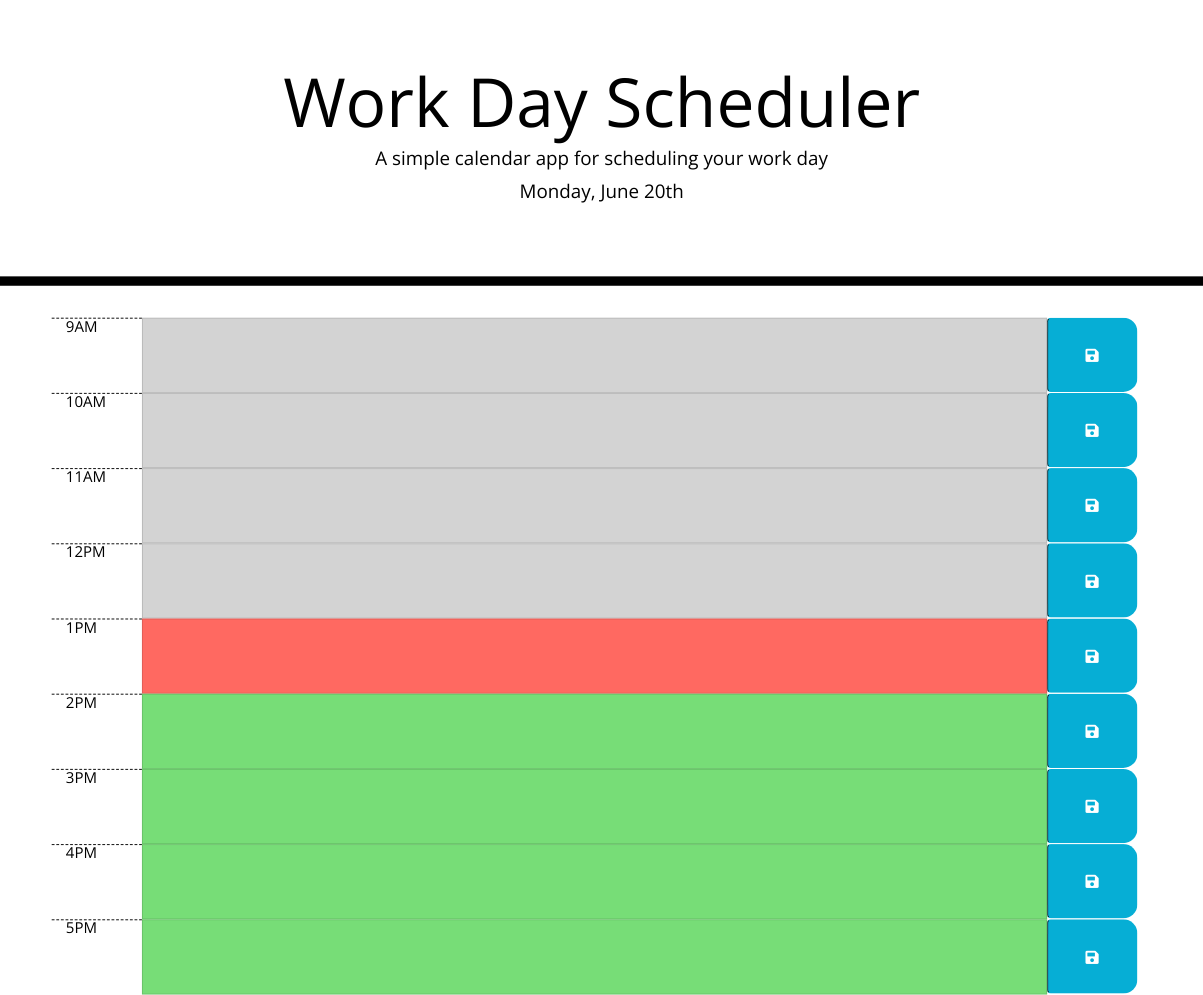
Repository: dtierney21/work-day-scheduler
Page: index.html
The author's editor kept a copy of each file at every save. The page is drawn from the files as they stood at one save, then again after the next save.
The browser window is 1280 px wide. The pictures show the whole page, at 94% of full size.
Some web libraries are served in a nearby version.

Above is the page before, as saved 2022-06-28 15:23:57.

### index.html
<!DOCTYPE html>
<html lang="en">
  <head>
    <meta charset="UTF-8" />
    <meta name="viewport" content="width=device-width, initial-scale=1.0" />
    <meta http-equiv="X-UA-Compatible" content="ie=edge" />
    <link
      rel="stylesheet"
      href="https://stackpath.bootstrapcdn.com/bootstrap/4.3.1/css/bootstrap.min.css"
    />
    <link
      rel="stylesheet"
      href="https://use.fontawesome.com/releases/v5.8.1/css/all.css"
      integrity="sha384-50oBUHEmvpQ+1lW4y57PTFmhCaXp0ML5d60M1M7uH2+nqUivzIebhndOJK28anvf"
      crossorigin="anonymous"
    />
    <link
      href="https://fonts.googleapis.com/css?family=Open+Sans&display=swap"
      rel="stylesheet"
    />
    <link rel="stylesheet" href="./assets/css/style.css" />
    <title>Work Day Scheduler</title>
  </head>

  <body>
    <header class="jumbotron">
      <h1 class="display-3">Work Day Scheduler</h1>
      <p class="lead">A simple calendar app for scheduling your work day</p>
      <p id="currentDay" class="lead"></p>
    </header>
    <section class="container">
        <div class="row">
      <!-- Timeblocks go here -->
            <ul class="list-group col-12">
                <div class="row">
                    <li class="hour col-1">9AM</li>
                    <input class="list-group-item description col-10" data-hour="9"type='text'>
                    <button class="btn saveBtn col-1" type="submit"><i class="fa fa-save"></i></button>
                </div>
                <div class="row">
                    <li class="hour col-1">10AM</li>
                    <li class="list-group-item description col-10" data-hour="10"></li>
                    <button class="btn saveBtn col-1" type="submit"><i class="fa fa-save"></i></button>
                </div>
                <div class="row">
                    <li class="hour col-1">11AM</li>
                    <li class="list-group-item description col-10" data-hour="11"></li>
                    <button class="btn saveBtn col-1" type="submit"><i class="fa fa-save"></i></button>
                </div>
                <div class="row">
                    <li class="hour col-1">12PM</li>
                    <li class="list-group-item description col-10" data-hour="12"></li>
                    <button class="btn saveBtn col-1" type="submit"><i class="fa fa-save"></i></button>
                </div>
                <div class="row">
                    <li class="hour col-1">1PM</li>
                    <li class="list-group-item description col-10" data-hour="13"></li>
                    <button class="btn saveBtn col-1" type="submit"><i class="fa fa-save"></i></button>
                </div>
                <div class="row">
                    <li class="hour col-1">2PM</li>
                    <li class="list-group-item description col-10" data-hour="14"></li>
                    <button class="btn saveBtn col-1" type="submit"><i class="fa fa-save"></i></button>
                </div>
                <div class="row">
                    <li class="hour col-1">3PM</li>
                    <li class="list-group-item description col-10" data-hour="15"></li>
                    <button class="btn saveBtn col-1" type="submit"><i class="fa fa-save"></i></button>
                </div>
                <div class="row">
                    <li class="hour col-1">4PM</li>
                    <li class="list-group-item description col-10" data-hour="16"></li>
                    <button class="btn saveBtn col-1" type="submit"><i class="fa fa-save"></i></button>
                </div>
                <div class="row">
                    <li class="hour col-1">5PM</li>
                    <li class="list-group-item description col-10" data-hour="17"></li>
                    <button class="btn saveBtn col-1" type="submit"><i class="fa fa-save"></i></button>
                </div>
            </ul>
        </div>
    </section>

    <script src="https://cdnjs.cloudflare.com/ajax/libs/jquery/3.5.1/jquery.min.js"></script>
    <script src="https://cdnjs.cloudflare.com/ajax/libs/moment.js/2.24.0/moment.min.js"></script>
    <script src="./assets/js/script.js"></script>
  </body>
</html>

### assets/css/style.css
body {
  font-family: 'Open Sans', sans-serif;
  font-size: 16px;
  line-height: 1;
}

textarea {
  background: transparent;
  border: none;
  resize: none;
  color: #000000;
  border-left: 1px solid black;
  padding: 10px;
}

.jumbotron {
  text-align: center;
  background-color: transparent;
  color: black;
  border-radius: 0;
  border-bottom: 10px solid black;
}

.description {
  white-space: pre-wrap;
}

.time-block {
  text-align: center;
  border-radius: 15px;
}

.row {
  white-space: pre-wrap;
  height: 80px;
  border-top: 1px solid white;
}

.hour {
  background-color: #ffffff;
  color: #000000;
  border-top: 1px dashed #000000;
  list-style-type: none;
  /*
  text-align: center;
  justify-content: center;
  */
}

.past {
  background-color: #d3d3d3;
  color: white;
}

.present {
  background-color: #ff6961;
  color: white;
}

.future {
  background-color: #77dd77;
  color: white;
}

.saveBtn {
  border-left: 1px solid black;
  border-top-right-radius: 15px;
  border-bottom-right-radius: 15px;
  background-color: #06aed5;
  color: white;
}

.saveBtn i:hover {
  font-size: 20px;
  transition: all 0.3s ease-in-out;
}

### assets/js/script.js
var now = moment();
console.log(now);

var currentHour = moment().format('H');
console.log(currentHour);

var currentDayEl = $('#currentDay');
var today = moment().format('dddd, MMMM Do');

currentDayEl.text(today);

var descriptions = localStorage.getItem("descriptions")



$('.description').each(function() {
    if ($(this).data('hour') == currentHour) {
        $(this).addClass('present');
    } else if($(this).data('hour') > currentHour){
        $(this).addClass('future');
    } else {
        $(this).addClass('past');
    }
})

$('.saveBtn').on('click', function() {
    localStorage.setItem('descriptions', 'test');
})

After the next save:
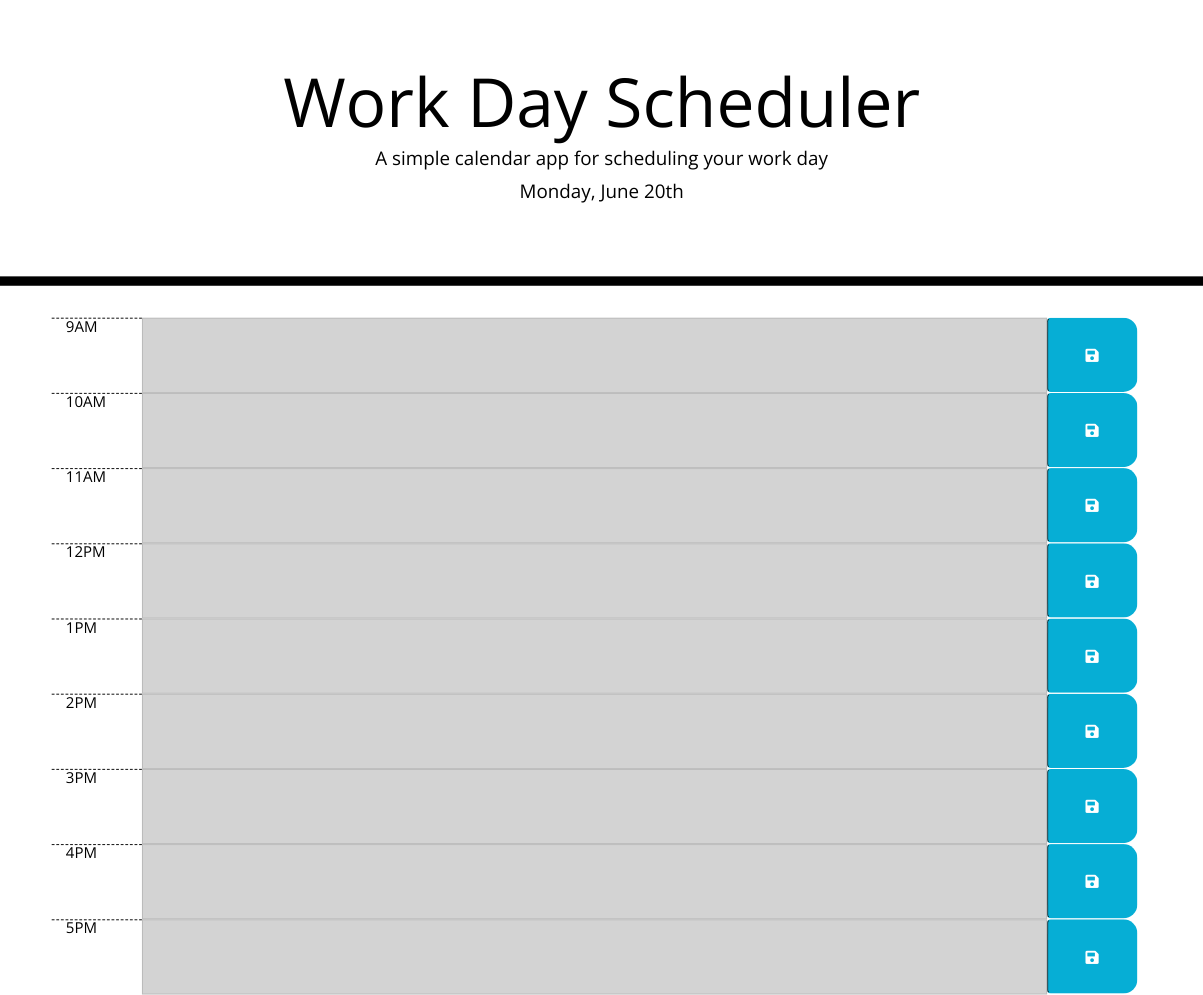
Saved 2 min 14 s later.
--- a/index.html
+++ b/index.html
@@ -33,48 +33,48 @@
       <!-- Timeblocks go here -->
             <ul class="list-group col-12">
                 <div class="row">
-                    <li class="hour col-1">9AM</li>
+                    <p class="hour col-1">9AM</p>
                     <input class="list-group-item description col-10" data-hour="9"type='text'>
                     <button class="btn saveBtn col-1" type="submit"><i class="fa fa-save"></i></button>
                 </div>
                 <div class="row">
-                    <li class="hour col-1">10AM</li>
-                    <li class="list-group-item description col-10" data-hour="10"></li>
+                    <p class="hour col-1">10AM</p>
+                    <input class="list-group-item description col-10" data-hour="9"type='text'>
                     <button class="btn saveBtn col-1" type="submit"><i class="fa fa-save"></i></button>
                 </div>
                 <div class="row">
-                    <li class="hour col-1">11AM</li>
-                    <li class="list-group-item description col-10" data-hour="11"></li>
+                    <p class="hour col-1">11AM</p>
+                    <input class="list-group-item description col-10" data-hour="9"type='text'>
                     <button class="btn saveBtn col-1" type="submit"><i class="fa fa-save"></i></button>
                 </div>
                 <div class="row">
-                    <li class="hour col-1">12PM</li>
-                    <li class="list-group-item description col-10" data-hour="12"></li>
+                    <p class="hour col-1">12PM</p>
+                    <input class="list-group-item description col-10" data-hour="9"type='text'>
                     <button class="btn saveBtn col-1" type="submit"><i class="fa fa-save"></i></button>
                 </div>
                 <div class="row">
-                    <li class="hour col-1">1PM</li>
-                    <li class="list-group-item description col-10" data-hour="13"></li>
+                    <p class="hour col-1">1PM</p>
+                    <input class="list-group-item description col-10" data-hour="9"type='text'>
                     <button class="btn saveBtn col-1" type="submit"><i class="fa fa-save"></i></button>
                 </div>
                 <div class="row">
-                    <li class="hour col-1">2PM</li>
-                    <li class="list-group-item description col-10" data-hour="14"></li>
+                    <p class="hour col-1">2PM</p>
+                    <input class="list-group-item description col-10" data-hour="9"type='text'>
                     <button class="btn saveBtn col-1" type="submit"><i class="fa fa-save"></i></button>
                 </div>
                 <div class="row">
-                    <li class="hour col-1">3PM</li>
-                    <li class="list-group-item description col-10" data-hour="15"></li>
+                    <p class="hour col-1">3PM</p>
+                    <input class="list-group-item description col-10" data-hour="9"type='text'>
                     <button class="btn saveBtn col-1" type="submit"><i class="fa fa-save"></i></button>
                 </div>
                 <div class="row">
-                    <li class="hour col-1">4PM</li>
-                    <li class="list-group-item description col-10" data-hour="16"></li>
+                    <p class="hour col-1">4PM</p>
+                    <input class="list-group-item description col-10" data-hour="9"type='text'>
                     <button class="btn saveBtn col-1" type="submit"><i class="fa fa-save"></i></button>
                 </div>
                 <div class="row">
-                    <li class="hour col-1">5PM</li>
-                    <li class="list-group-item description col-10" data-hour="17"></li>
+                    <p class="hour col-1">5PM</p>
+                    <input class="list-group-item description col-10" data-hour="9"type='text'>
                     <button class="btn saveBtn col-1" type="submit"><i class="fa fa-save"></i></button>
                 </div>
             </ul>

After the 2 saves that followed:
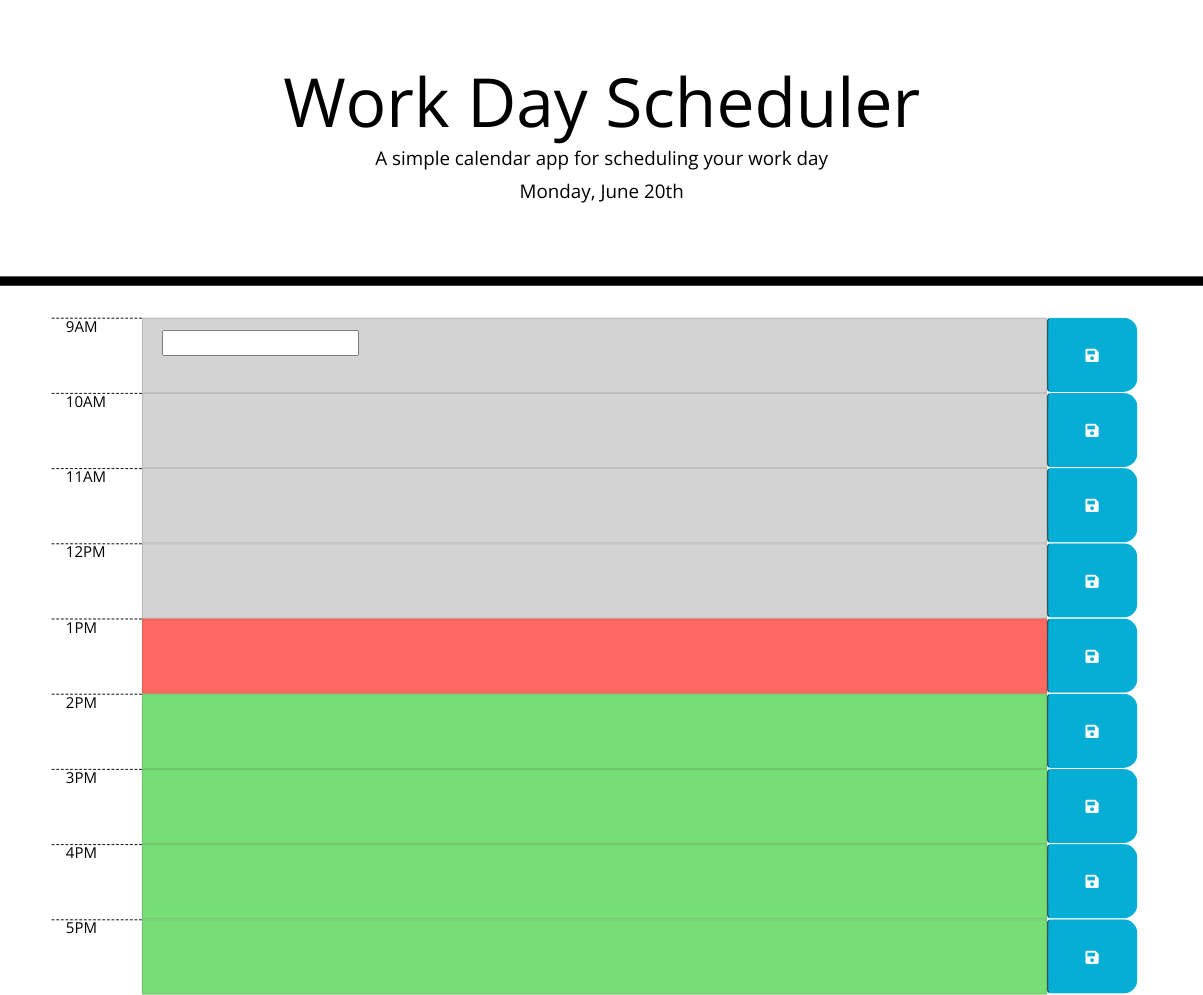
The 2 saves are shown as one change because 1 left the picture as it was.
The last was saved 61 s later.
--- a/index.html
+++ b/index.html
@@ -33,48 +33,48 @@
       <!-- Timeblocks go here -->
             <ul class="list-group col-12">
                 <div class="row">
-                    <p class="hour col-1">9AM</p>
-                    <input class="list-group-item description col-10" data-hour="9"type='text'>
+                    <li class="hour col-1">9AM</li>
+                    <li class="list-group-item description col-10" data-hour="9"><input type='text'></li>
                     <button class="btn saveBtn col-1" type="submit"><i class="fa fa-save"></i></button>
                 </div>
                 <div class="row">
-                    <p class="hour col-1">10AM</p>
-                    <input class="list-group-item description col-10" data-hour="9"type='text'>
+                    <li class="hour col-1">10AM</li>
+                    <li class="list-group-item description col-10" data-hour="10"></li>
                     <button class="btn saveBtn col-1" type="submit"><i class="fa fa-save"></i></button>
                 </div>
                 <div class="row">
-                    <p class="hour col-1">11AM</p>
-                    <input class="list-group-item description col-10" data-hour="9"type='text'>
+                    <li class="hour col-1">11AM</li>
+                    <li class="list-group-item description col-10" data-hour="11"></li>
                     <button class="btn saveBtn col-1" type="submit"><i class="fa fa-save"></i></button>
                 </div>
                 <div class="row">
-                    <p class="hour col-1">12PM</p>
-                    <input class="list-group-item description col-10" data-hour="9"type='text'>
+                    <li class="hour col-1">12PM</li>
+                    <li class="list-group-item description col-10" data-hour="12"></li>
                     <button class="btn saveBtn col-1" type="submit"><i class="fa fa-save"></i></button>
                 </div>
                 <div class="row">
-                    <p class="hour col-1">1PM</p>
-                    <input class="list-group-item description col-10" data-hour="9"type='text'>
+                    <li class="hour col-1">1PM</li>
+                    <li class="list-group-item description col-10" data-hour="13"></li>
                     <button class="btn saveBtn col-1" type="submit"><i class="fa fa-save"></i></button>
                 </div>
                 <div class="row">
-                    <p class="hour col-1">2PM</p>
-                    <input class="list-group-item description col-10" data-hour="9"type='text'>
+                    <li class="hour col-1">2PM</li>
+                    <li class="list-group-item description col-10" data-hour="14"></li>
                     <button class="btn saveBtn col-1" type="submit"><i class="fa fa-save"></i></button>
                 </div>
                 <div class="row">
-                    <p class="hour col-1">3PM</p>
-                    <input class="list-group-item description col-10" data-hour="9"type='text'>
+                    <li class="hour col-1">3PM</li>
+                    <li class="list-group-item description col-10" data-hour="15"></li>
                     <button class="btn saveBtn col-1" type="submit"><i class="fa fa-save"></i></button>
                 </div>
                 <div class="row">
-                    <p class="hour col-1">4PM</p>
-                    <input class="list-group-item description col-10" data-hour="9"type='text'>
+                    <li class="hour col-1">4PM</li>
+                    <li class="list-group-item description col-10" data-hour="16"></li>
                     <button class="btn saveBtn col-1" type="submit"><i class="fa fa-save"></i></button>
                 </div>
                 <div class="row">
-                    <p class="hour col-1">5PM</p>
-                    <input class="list-group-item description col-10" data-hour="9"type='text'>
+                    <li class="hour col-1">5PM</li>
+                    <li class="list-group-item description col-10" data-hour="17"></li>
                     <button class="btn saveBtn col-1" type="submit"><i class="fa fa-save"></i></button>
                 </div>
             </ul>
